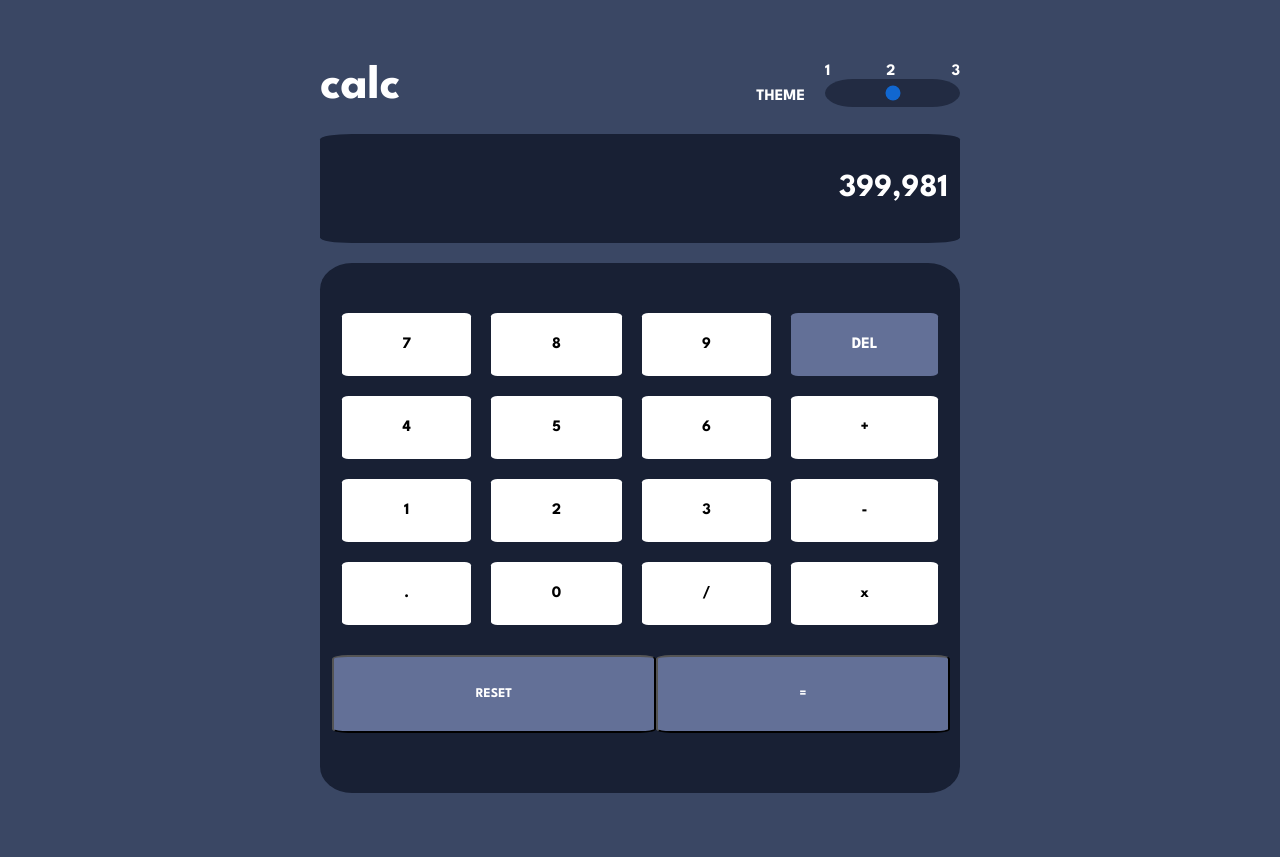
Repository: DevLaukey/calc-with-css-js
Page: index.html
These files come from the project's save history. The page is drawn as it stood at one moment and after the next save; the edit follows.
The browser window is 1280 px wide. The pictures show the whole page.

Above is the page before, as saved 2022-05-18 15:01:28.

After the next save:
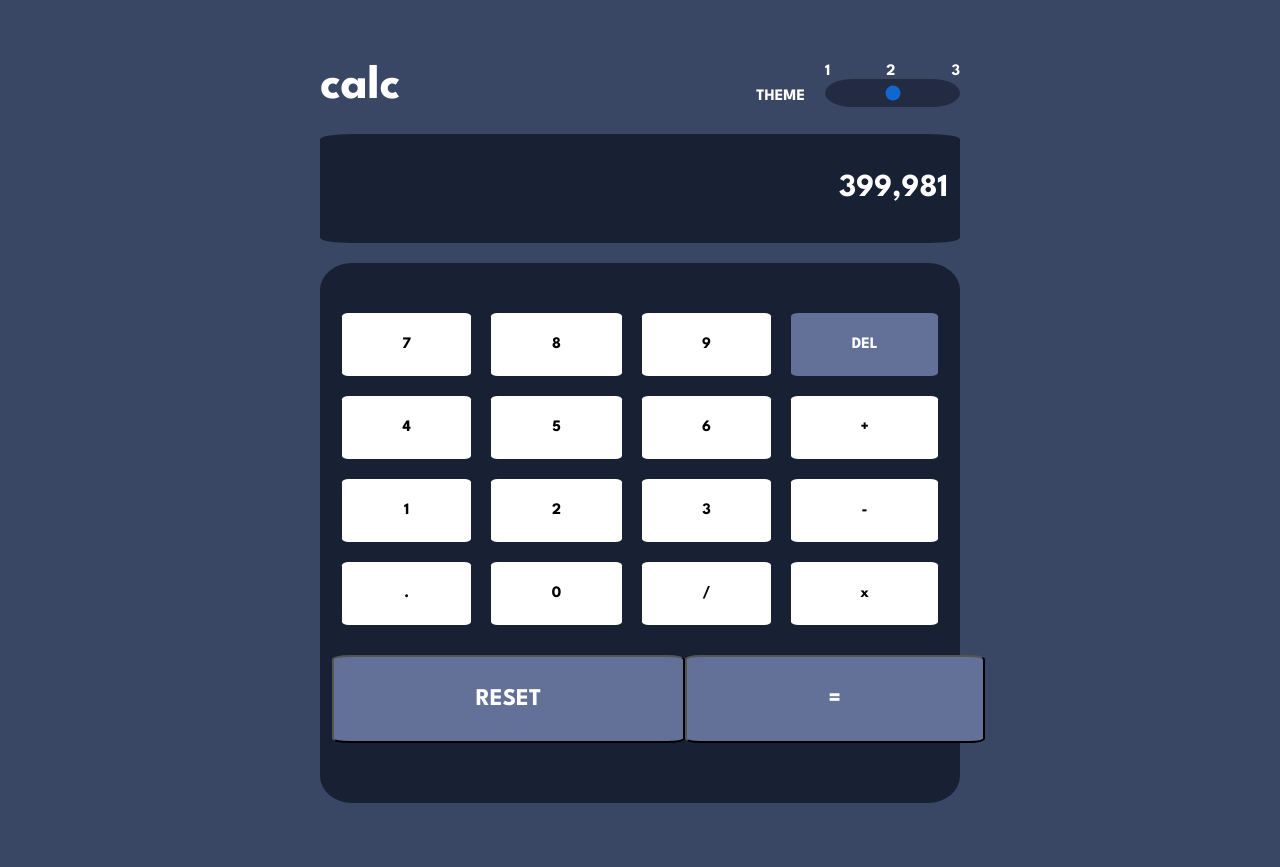
Saved 80 s later.
--- a/styles.css
+++ b/styles.css
@@ -133,6 +133,7 @@ body {
 .control {
   padding: 5% 23% 5% 23%;
   border-radius: 5%;
+  font-size: 1.5em;
 }
 .reset {
   background-color: hsl(225, 21%, 49%);
